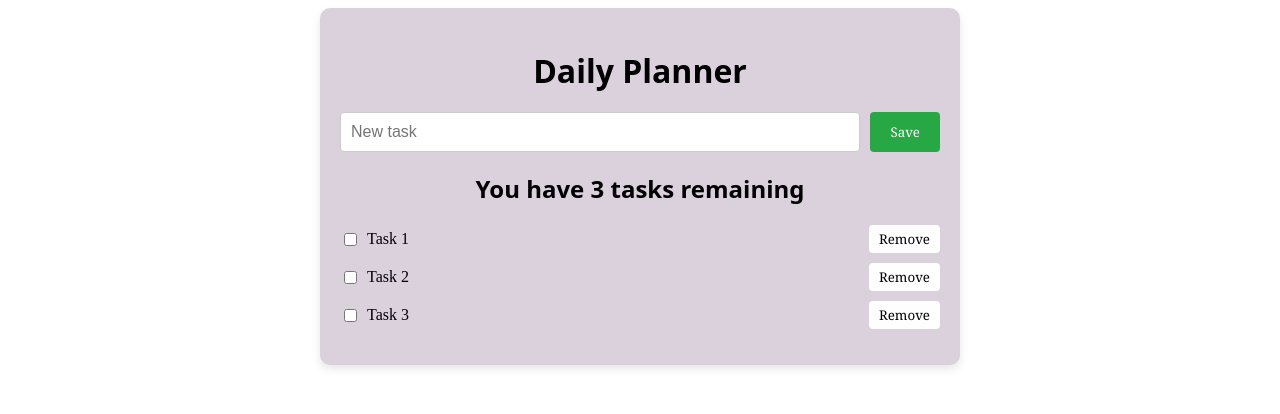
Repository: k8ANStar/lab04-daily-planner
Page: /
The author's editor kept a copy of each file at every save. The page is drawn from the files as they stood at one save, then again after the next save.
The browser window is 1280 px wide. The pictures show the whole page.
The project was rebuilt for these pictures with package versions that can differ from the ones it lists, and the page was loaded fresh each time. Also part of the build but not shown: vite.config.js.

Above is the page before, as saved 2024-10-13 12:41:14.

After the next save:
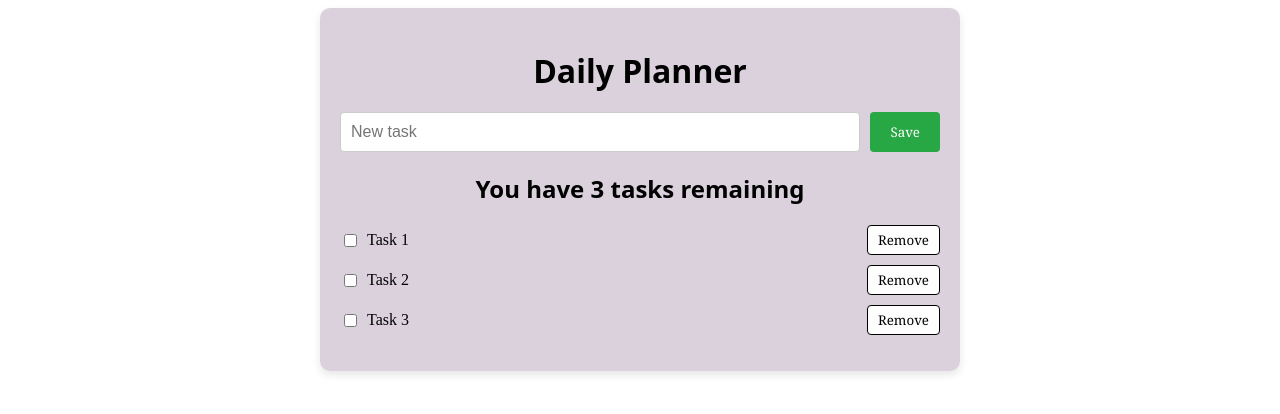
Saved 8 s later.
--- a/src/App.css
+++ b/src/App.css
@@ -73,7 +73,7 @@ h2 {
 	padding: 5px 10px;
 	background-color: #fefefe;
 	color: rgb(0, 0, 0);
-	border: 1px;
+	border: solid 1px;
 	border-radius: 4px;
 	cursor: pointer;
 	font-family: Georgia, "Times New Roman", Times, serif;
